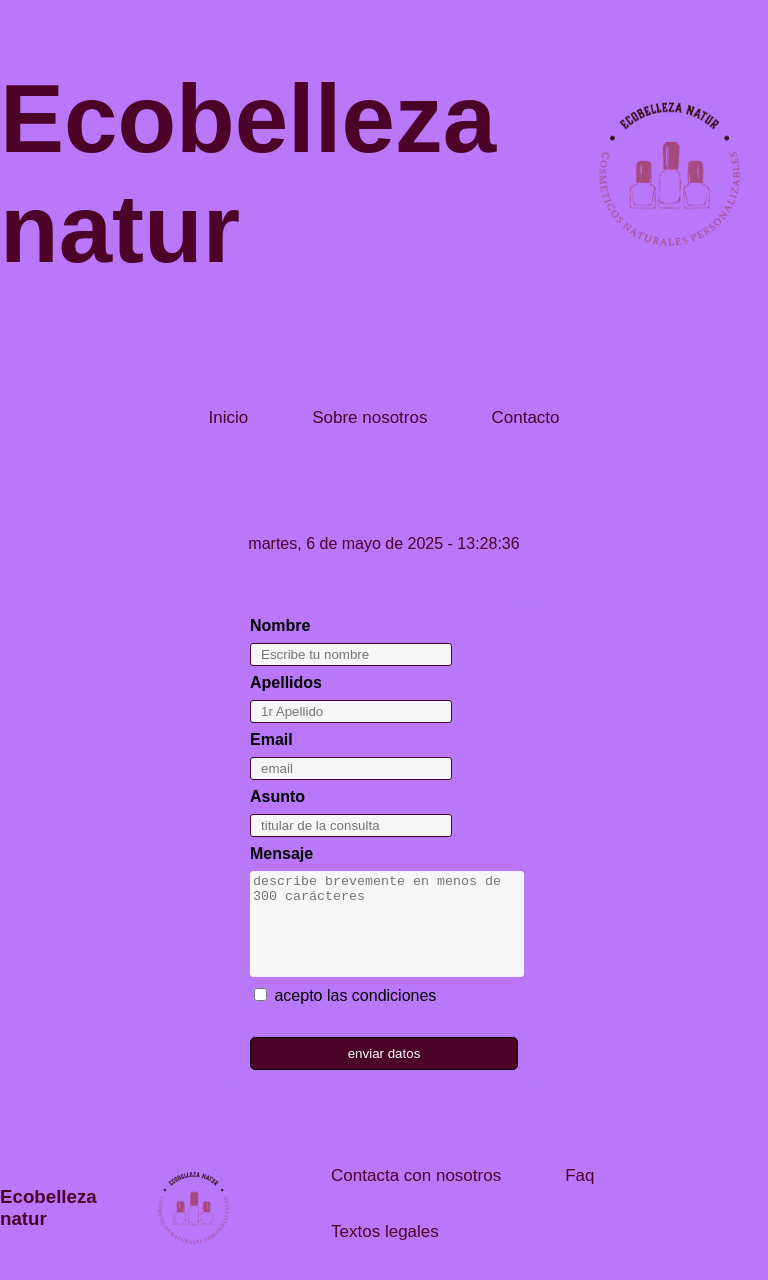
Repository: silvia76-max/ecobelleza-natur
Page: contacto.html
An editor plug-in stored every save of this project. The page is shown before and after the next save, followed by the edit.
The browser window is 768 px wide. The pictures show the whole page.
Some web fonts or font styles are not loaded; a fallback is used.

Above is the page before, as saved 2025-05-08 09:32:05.

After the next save:
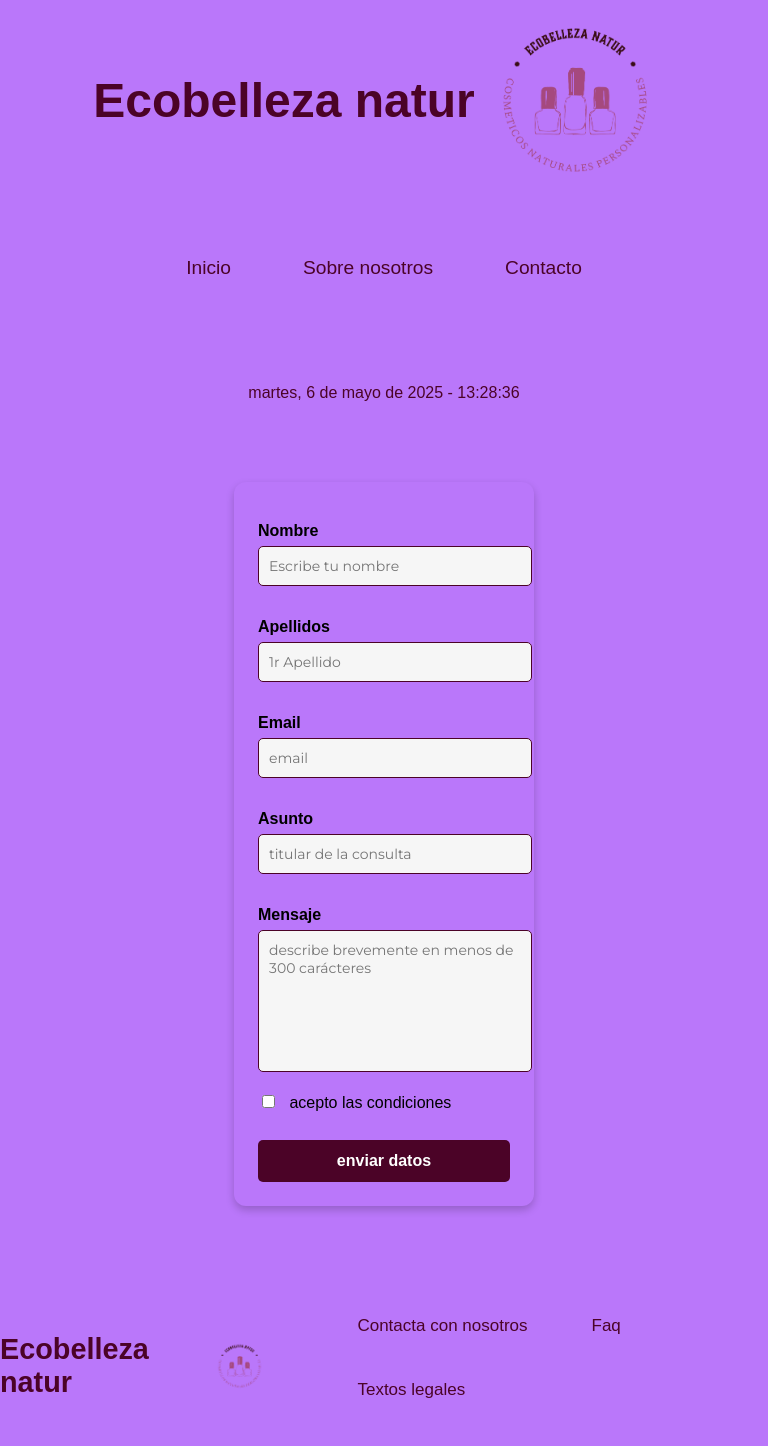
Saved 3 min 13 s later.
--- a/styles/contacto.css
+++ b/styles/contacto.css
@@ -5,54 +5,108 @@
     text-align: center;
     color: rgb(75, 3, 39);
 }
-form{
-	box-sizing: border-box;
-	width:300px;
-	padding:16px;
-	border-radius:10px;
-	margin:auto;
+form {
+	display: block;
+	margin: 5rem auto;
+    box-sizing: border-box;
+    width: 100%;
+    max-width: 400px;
+    padding: 24px;
+    border-radius: 12px;
     background-color: rgb(186, 119, 250);
+    box-shadow: 0 4px 8px rgba(0, 0, 0, 0.2);
 }
 
-form label{
-	width:72px;
-	font-weight:bold;
-	display:inline-block;
+form label {
+    font-weight: bold;
+    display: block;
+    margin-top: 16px;
+    margin-bottom: 6px;
 }
 
 form input[type="text"],
-form input[type="email"]{
-	width:180px;
-	padding:3px 10px;
-	border:1px solid rgb(75, 3, 39);
-	border-radius:3px;
-	background-color:#f6f6f6;
-	margin:8px 0;
-	display:inline-block;
+form input[type="email"],
+form input[type="checkbox"],
+textarea {
+    width: 100%;
+    padding: 10px;
+    border: 1px solid rgb(75, 3, 39);
+    border-radius: 5px;
+    background-color: #f6f6f6;
+    margin-bottom: 16px;
+    font-family: 'Montserrat', sans-serif;
+    font-size: 14px;
 }
 
-form input[type="submit"]{
-	width:100%;
-	padding:8px 16px;
-	margin-top:32px;
-	border:1px solid #000;
-	border-radius:5px;
-	display:block;
-	color:#fff;
-	background-color:rgb(75, 3, 39);
+form input[type="checkbox"] {
+    width: auto;
+    margin-right: 10px;
 }
 
-form input[type="submit"]:hover{
-	cursor:pointer;
+form input[type="submit"] {
+    width: 100%;
+    padding: 12px;
+    margin-top: 16px;
+    border: none;
+    border-radius: 5px;
+    background-color: rgb(75, 3, 39);
+    color: #fff;
+    font-weight: bold;
+    font-size: 16px;
+    cursor: pointer;
+    transition: background-color 0.3s;
 }
 
-textarea{
-	width:100%;
-	height:100px;
-	border:1px solid #f6f6f6;
-	border-radius:3px;
-	background-color:#f6f6f6;
-	margin:8px 0;
-	resize:none;
-	display:block;
+form input[type="submit"]:hover {
+    background-color: rgb(50, 2, 26);
 }
+
+textarea {
+    resize: none;
+    height: 120px;
+}
+/* Media Query for Mobile */
+@media (max-width: 768px) {
+    .hero h1 {
+        font-size: 3rem;
+    }
+
+    .navbar {
+        flex-direction: column;
+    }
+
+    .navbar a {
+        padding: 12px 20px;
+        font-size: 1.2rem;
+    }
+
+	form {
+		display: block;
+		margin: 5rem auto;
+		box-sizing: border-box;
+		width: 80%;
+		max-width: 300px;
+		padding: 24px;
+		border-radius: 12px;
+		background-color: rgb(186, 119, 250);
+		box-shadow: 0 4px 8px rgba(0, 0, 0, 0.2);
+	}
+
+
+    footer h3 {
+        font-size: 1.8rem;
+    }
+
+    footer img {
+        width: 60px;
+        height: 60px;
+    }
+
+    footer ul {
+        flex-direction: column;
+    }
+
+    footer ul li {
+        margin-bottom: 0.5rem;
+    }
+}
